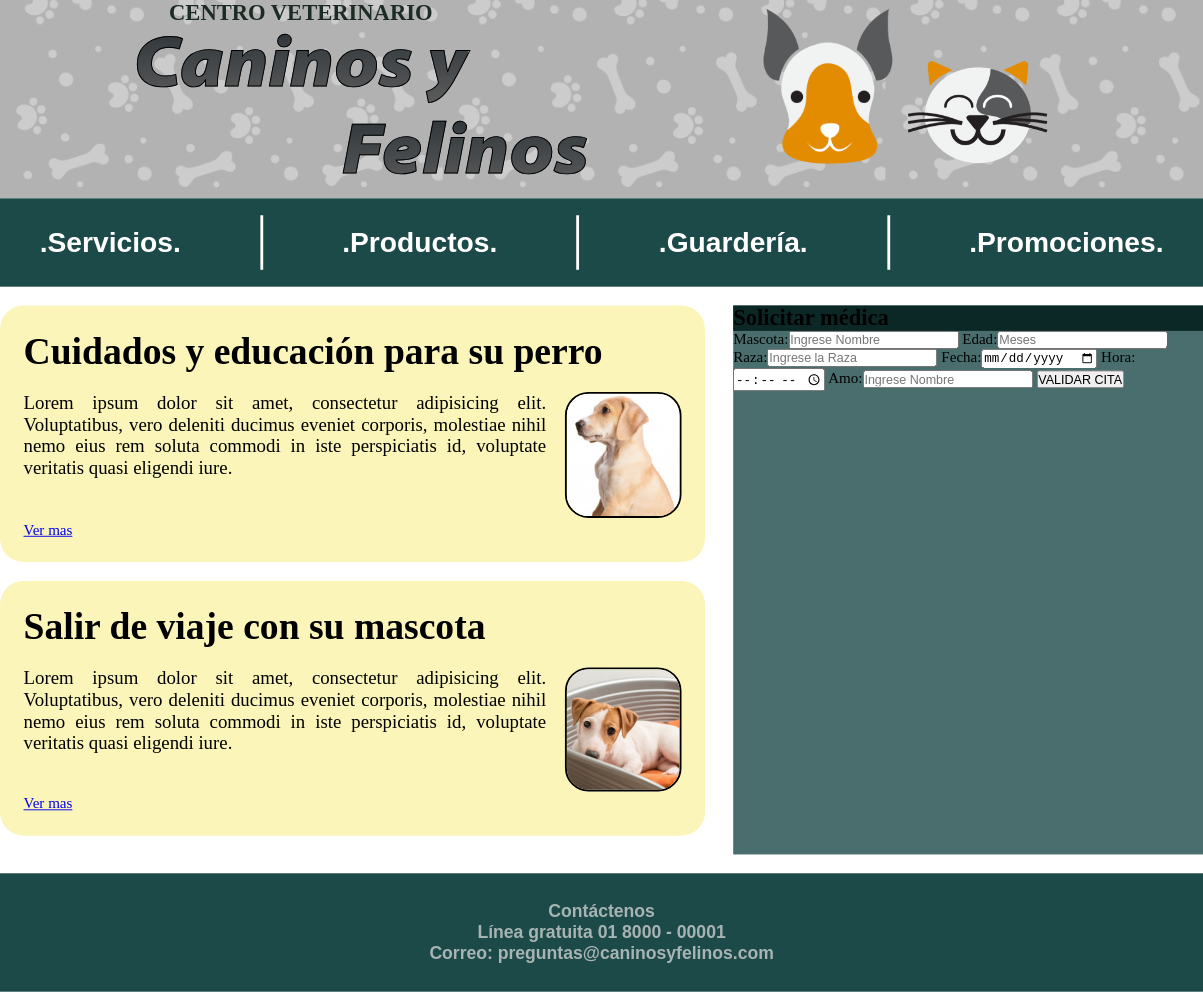
Repository: mariomr87/senaweb01
Page: principal.html
The author's editor kept a copy of each file at every save. The page is drawn from the files as they stood at one save, then again after the next save.
The browser window is 1280 px wide. The pictures show the whole page, at 94% of full size.

Above is the page before, as saved 2021-10-23 11:11:52.

After the next save:
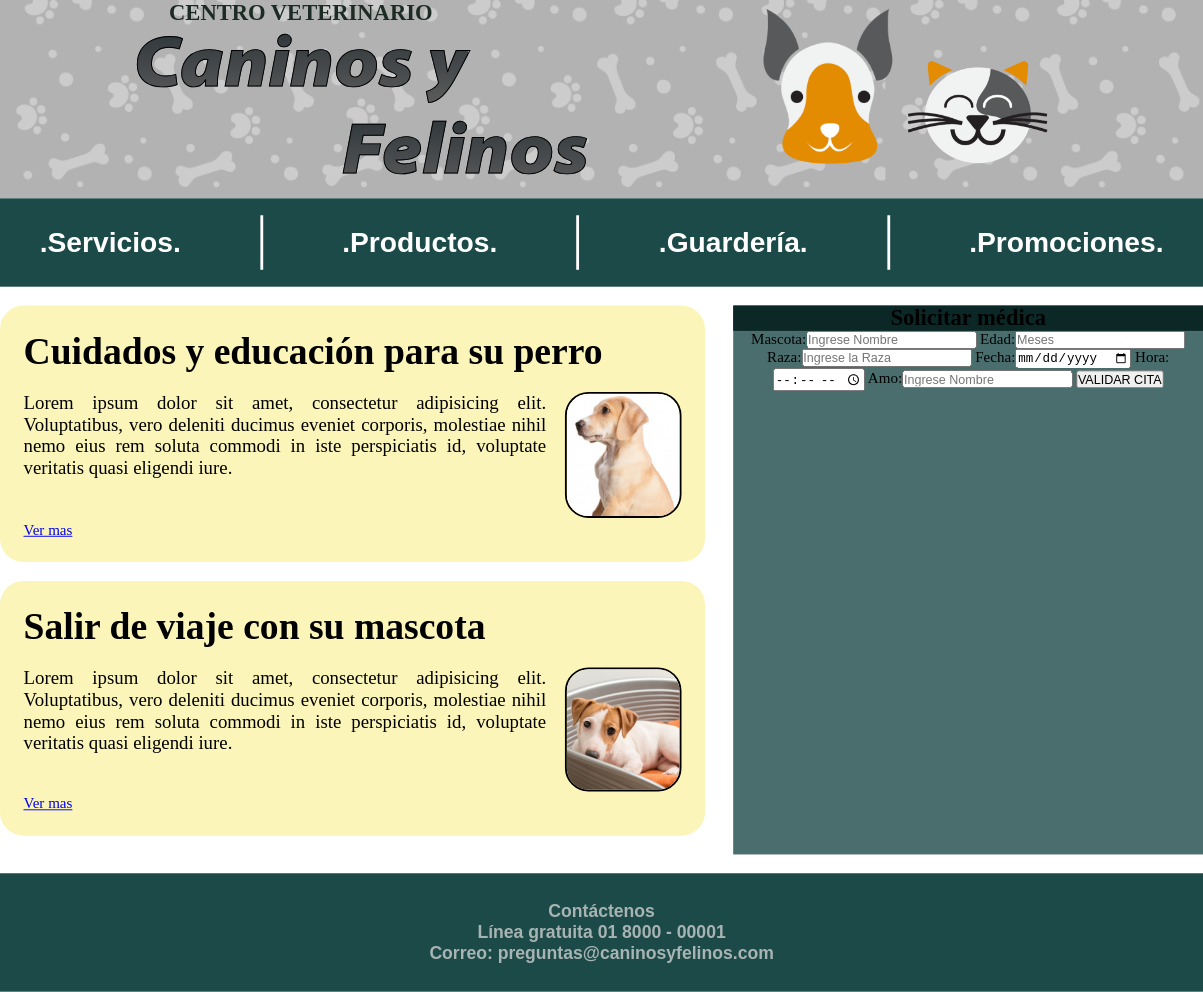
Saved 14 s later.
--- a/estilos.css
+++ b/estilos.css
@@ -112,9 +112,9 @@ form  div h2{
 }
 
 aside{
-    flex-direction: column;
     background: #496e6d;
     width: 40%;
+    text-align: center;
 
 }
 
